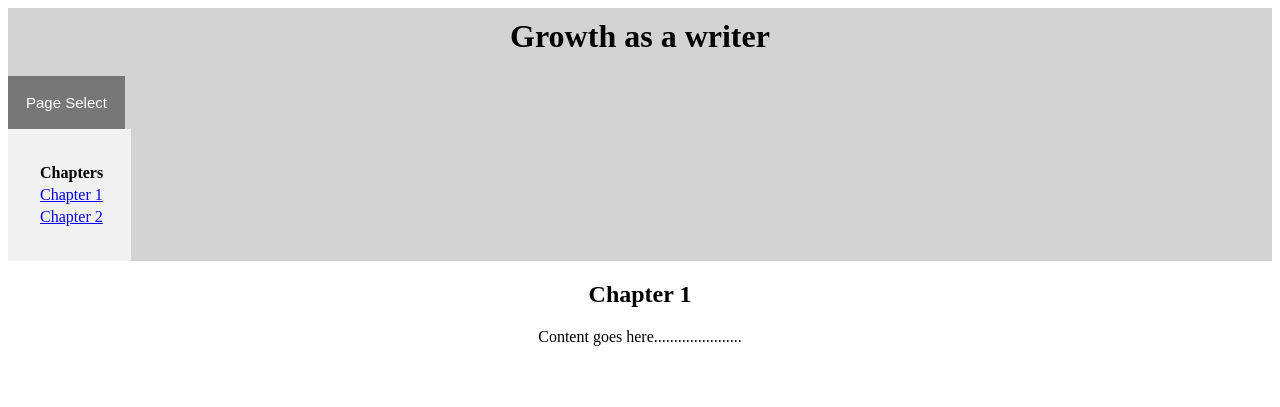
Repository: jpaisiem/WP-4
Page: Chapter1.html
The author's editor kept a copy of each file at every save. The page is drawn from the files as they stood at one save, then again after the next save.
The browser window is 1280 px wide. The pictures show the whole page.

Above is the page before, as saved 2025-04-29 12:41:25.
Console error: TypeError: Cannot read properties of undefined (reading 'toggle')

After the next save:
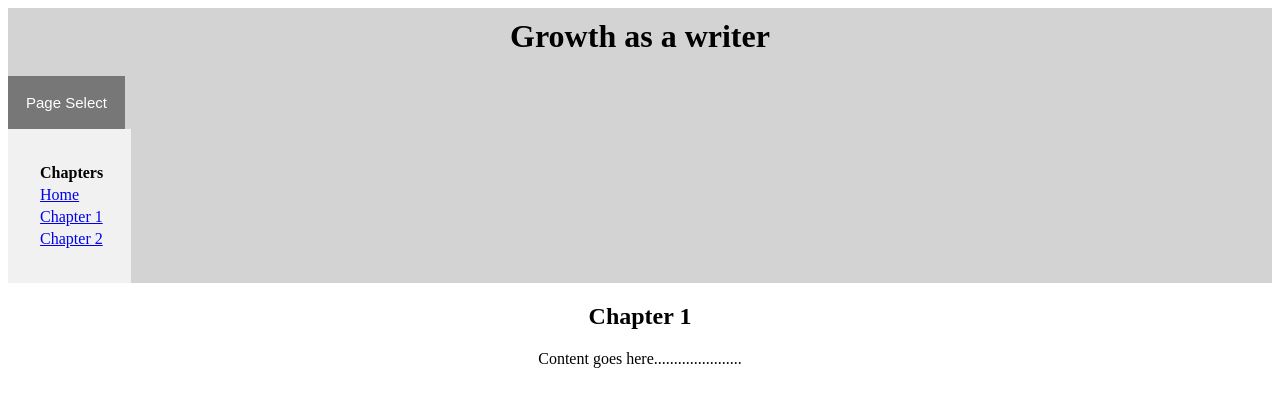
Saved 1 s later.
--- a/Chapter1.html
+++ b/Chapter1.html
@@ -41,6 +41,9 @@
         <th>Chapters</th>
     </tr>
     <tr>
+        <td><a href="index.html">Home</a></td>
+    </tr>
+    <tr>
         <td><a href="Chapter1.html">Chapter 1</a></td>
     </tr>
      <tr>
